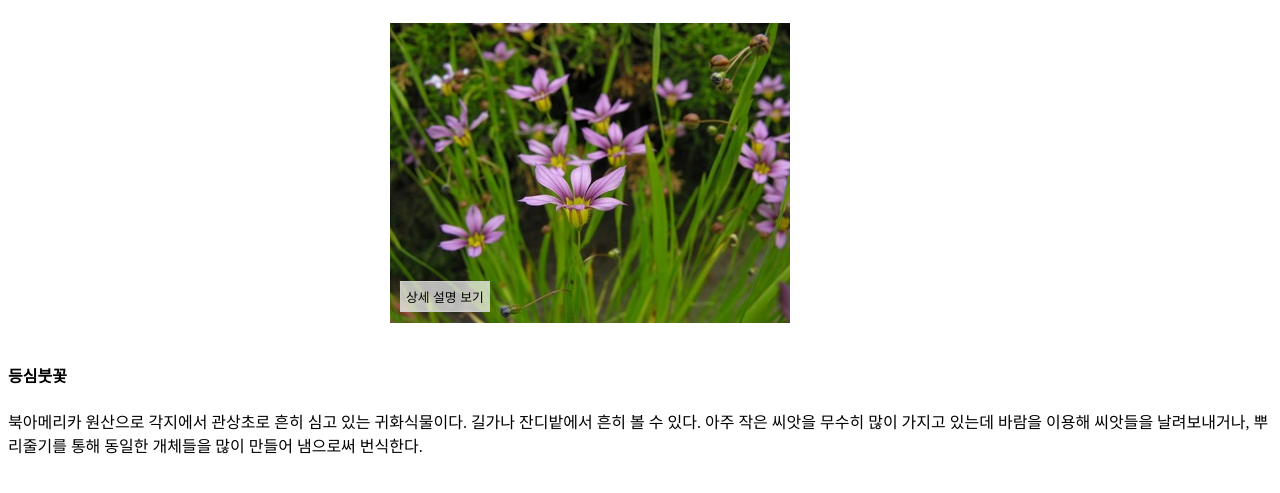
Repository: JeongminHW/Web_study
Page: HTML/myHTML/src/main/webapp/ch10/event3.html
An editor plug-in stored every save of this project. The page is shown before and after the next save, followed by the edit.
The browser window is 1280 px wide. The pictures show the whole page.

Above is the page before, as saved 2024-07-12 03:42:51.

After the next save:
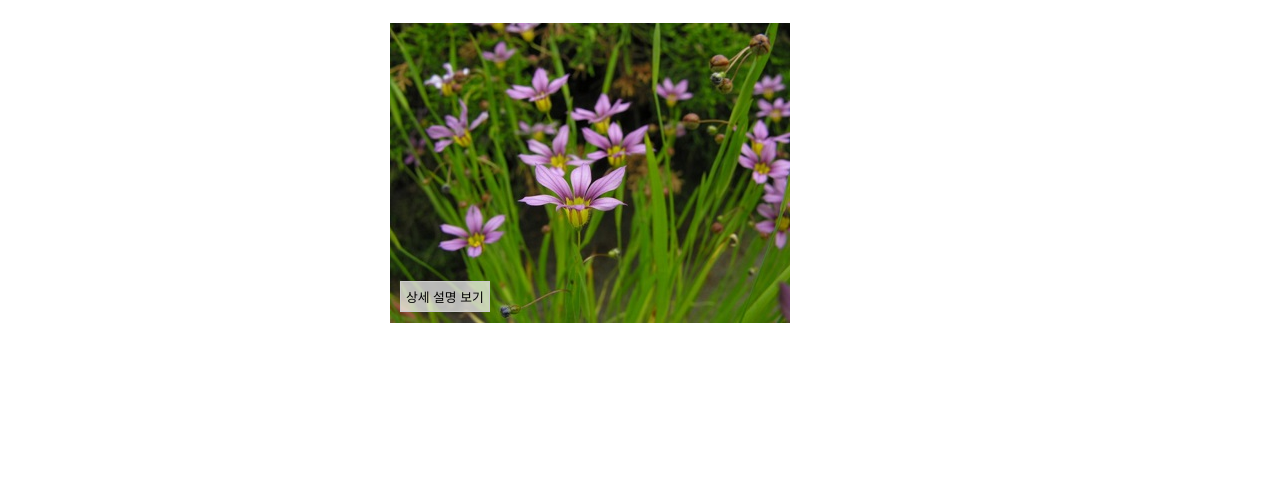
Saved 25 s later.
--- a/HTML/myHTML/src/main/webapp/ch10/event3.html
+++ b/HTML/myHTML/src/main/webapp/ch10/event3.html
@@ -8,7 +8,7 @@
 <body>
 	<div id="item">
 		<img alt="" src="img/flower.jpg">
-		<button class="over" id="open">상세 설명 보기</button>
+		<button class="over" id="open" onclick="btnClick()">상세 설명 보기</button>
 	</div>
 		<div id="desc" class="detail">
 			<h4>등심붓꽃</h4>
@@ -28,8 +28,10 @@
 				document.querySelector(".detail").style.display = "none";
 				document.querySelector("#open").style.display = "block";
 			}  */
+			function btnClick() {
+				document.querySelector("#desc").classList.toggle("detail");
+			}
 
-			document.querySelector("#desc").classList.toggle("detail");
 	</script>
 </body>
 </html>
